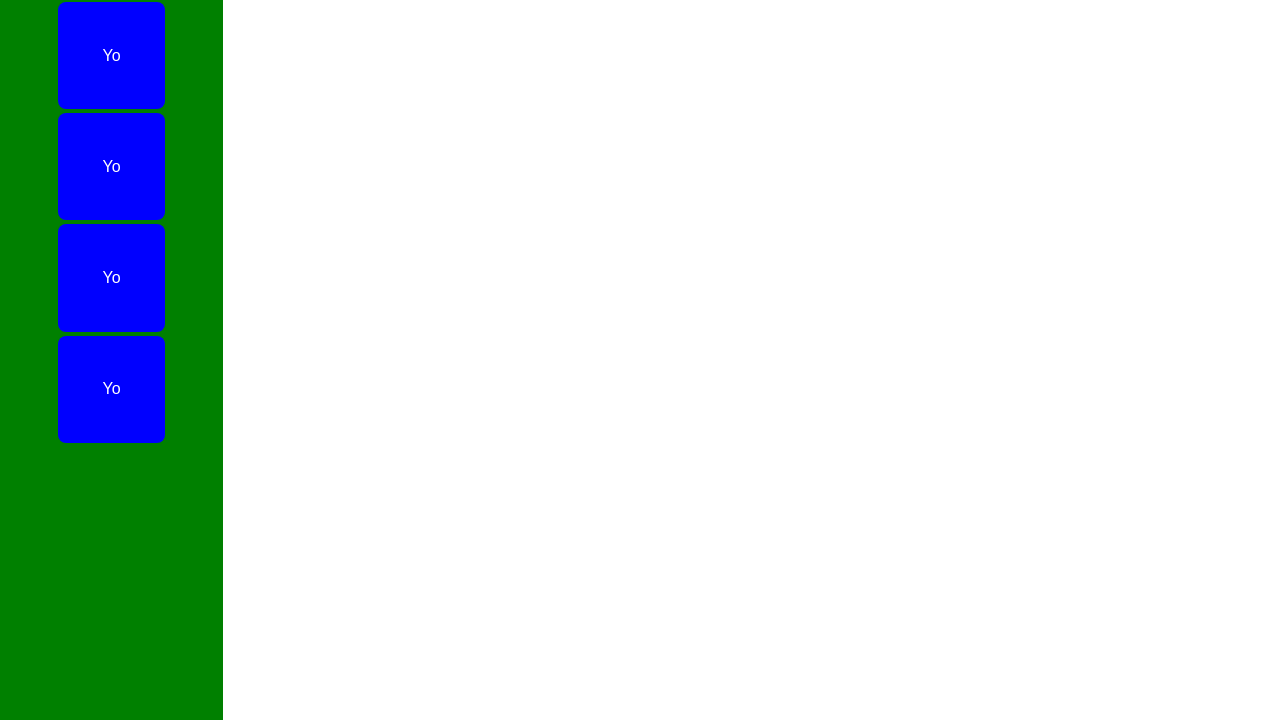
Repository: Tahaa2t/Researchers
Page: /
An editor plug-in stored every save of this project. The page is shown before and after the next save, followed by the edit.
The browser window is 1280 px wide. The pictures show the whole page.
The project was rebuilt for these pictures with package versions that can differ from the ones it lists, and the page was loaded fresh each time. Also part of the build but not shown: src/Components/loginform.js, src/Components/HomePage.js.

Above is the page before, as saved 2023-07-05 00:12:39.

### src/App.js
import { BrowserRouter, Routes, Route } from "react-router-dom";
import "./App.css"
import LoginForm from "./Components/loginform"
import HomePage from "./Components/HomePage";
import Navbar from "./Components/Navbar";

// color pallet
// #3aa6b9
// #D0E8E1
// #348472


function App() {



  return (
    <div className="App">

      {/* <LoginForm /> */}
      <Navbar />
      {/* <BrowserRouter>
        <Routes>
          <Route path="/" Component={<LoginForm />} />
          <Route path="/home" Component={<HomePage />} />
        </Routes>
      </BrowserRouter> */}
    </div>
  );
}

export default App;

### src/Components/Navbar.js
import React, { useState } from "react";
import { useNavigate } from 'react-router-dom';
import axios from 'axios';
import "./css/navbarstyle.css";

const Navbar = () => {
  return (
    <div className="navbar-boundry">
      <div className="btn home-btn">
        <button>
          Yo
        </button>
      </div>
      <div className="btn home-btn">
        <button>
          Yo
        </button>
      </div>
      <div className="btn home-btn">
        <button>
          Yo
        </button>
      </div>
      <div className="btn home-btn">
        <button>
          Yo
        </button>
      </div>

    </div>
  )
}

export default Navbar

### src/Components/css/loginstyle.css
@import url('https://fonts.googleapis.com/css?family=Josefin+Sans');


/* notes

---centering something---
display: flex;
  justify-content: center;
  align-items: center;



--- neechay ya uper se qareeb krna ho tou---
.check-btn {
  position: relative;
  bottom: 3em;
}
*/


* {
  margin: 0;
  box-sizing: border-box;
}

.page {
  background-color: #3aa6b9;
  height: 100vh;
  width: 100%;
  display: flex;
  justify-content: space-around;
  align-items: center;
  font-family: 'Josefin Sans', cursive;
}

.cover {
  background-image: linear-gradient(#D0E8E1, rgba(178, 209, 233, 0));
  width: 50%;
  min-width: 240px;
  max-width: 800px;
  height: 620px;
  position: fixed;
  border-radius: 0.5em;
  display: flex;
  flex: 1 1 200;
  flex-direction: column;
  align-items: center;
  justify-content: space-evenly;
  flex-wrap: wrap;
}

h1 {
  color: rgb(3, 45, 77);
  display: flex;
  flex-wrap: wrap;
}

.user-input {

  display: flex;
  /* flex-direction: column; */
  justify-content: space-evenly;
  width: 80%;
  height: 10%;
  flex-wrap: wrap;
  /* background-color: green; */
}
input[type=text]{
  background-color: rgba(0,0,0,0);
  border-color: #348472;
  border-radius: 8px 8px 8px 8px;
  border-width: 10%;
  border-style: solid;
  display: flex;
  justify-content: space-evenly;
  margin: 8px;
  /* outline-color: rgb(6, 106, 183); */
  height: 44px;
  width: 240px;
  /* bottom: -1.5em; */
}


input[type=password]{
  background-color: rgba(0,0,0,0);
  border-color: #348472;
  border-radius: 8px 8px 8px 8px;
  border-width: 10%;
  border-style: solid;
  display: flex;
  justify-content: space-evenly;
  margin: 8px;
  /* outline-color: rgb(6, 106, 183); */
  height: 44px;
  width: 240px;
  /* position: relative;
  top: -1.5em; */
}

input:focus {
  background-color: #348472;
  opacity: 50%;
}

.line{
  text-decoration: underline;
  color: black;
}

.login-btn {
  appearance: none;
  background-color: rgba(0,0,0,0);
  border-width: 0;
  box-sizing: border-box;
  color: black;
  cursor: pointer;
  display: inline-block;
  font-family: Clarkson,Helvetica,sans-serif;
  font-size: 14px;
  font-weight: 500;
  letter-spacing: 0;
  line-height: 1em;
  margin: 0;
  opacity: 1;
  outline: 0;
  padding: 1.5em 2.2em;
  position: relative;
  text-align: center;
  text-decoration: none;
  text-rendering: geometricprecision;
  text-transform: uppercase;
  transition: opacity 300ms cubic-bezier(.694, 0, 0.335, 1),background-color 100ms cubic-bezier(.694, 0, 0.335, 1),color 100ms cubic-bezier(.694, 0, 0.335, 1);
  user-select: none;
  -webkit-user-select: none;
  touch-action: manipulation;
  vertical-align: baseline;
  white-space: nowrap;
  display: flex;
  justify-content: center;
  align-items: center;
}

.login-btn:before {
  animation: opacityFallbackOut .5s step-end forwards;
  backface-visibility: hidden;
  background-color: #348472;
  opacity: 50%;
  clip-path: polygon(-1% 0, 0 0, -25% 100%, -1% 100%);
  content: "";
  height: 100%;
  left: 0;
  position: absolute;
  top: 0;
  transform: translateZ(0);
  transition: clip-path .5s cubic-bezier(.165, 0.84, 0.44, 1), -webkit-clip-path .5s cubic-bezier(.165, 0.84, 0.44, 1);
  width: 100%;
}

.login-btn:hover:before {
  animation: opacityFallbackIn 0s step-start forwards;
  clip-path: polygon(0 0, 101% 0, 101% 101%, 0 101%);
}

.login-btn:after {
  background-color: #FFFFFF;
}

.login-btn span {
  z-index: 1;
  position: relative;
}


.check-btn input {
  display:inline-block;
  margin-right:10px;
}
.check-btn p {
  display:inline-block;
}



/* use state */
.hide {
  display: none;
}

.login-popup {
  position: absolute;
  width: 40em;
  height: 35em;
  display: flex;
  flex-direction: column;
  align-items: center;
  justify-content: center;
  border-radius: 0.25em;
  outline-color: rgb(3, 58, 101);
  background-color: rgba(0,0,0,0);
  backdrop-filter: blur(5px);
  /* color: rgb(3, 58, 101); */
  bottom: 0;
  transform: scale(1);
  transform: 1.5s;
}

### src/Components/css/navbarstyle.css
* {
  margin: 0;
  box-sizing: border-box;
}

.navbar-boundry {
  width: 223px;
  height: 836px;
  background-color: green;
  display: flex;
  flex-direction: column;
  position: fixed;
}

.btn {
  width: ;
}

.btn button {
  background-color: blue;
  border: none;
  border-radius: 8px;
  color: white;
  padding: 20% 20%;
  text-align: center;
  text-decoration: none;
  font-weight: 500;
  display: inline-block;
  font-size: 16px;
  justify-content: space-evenly;
  margin: 2px;

}

Loaded but not shown: public/index.html (common file); src/index.js (common file); src/reportWebVitals.js (common file); src/App.css (common file)

After the next save:
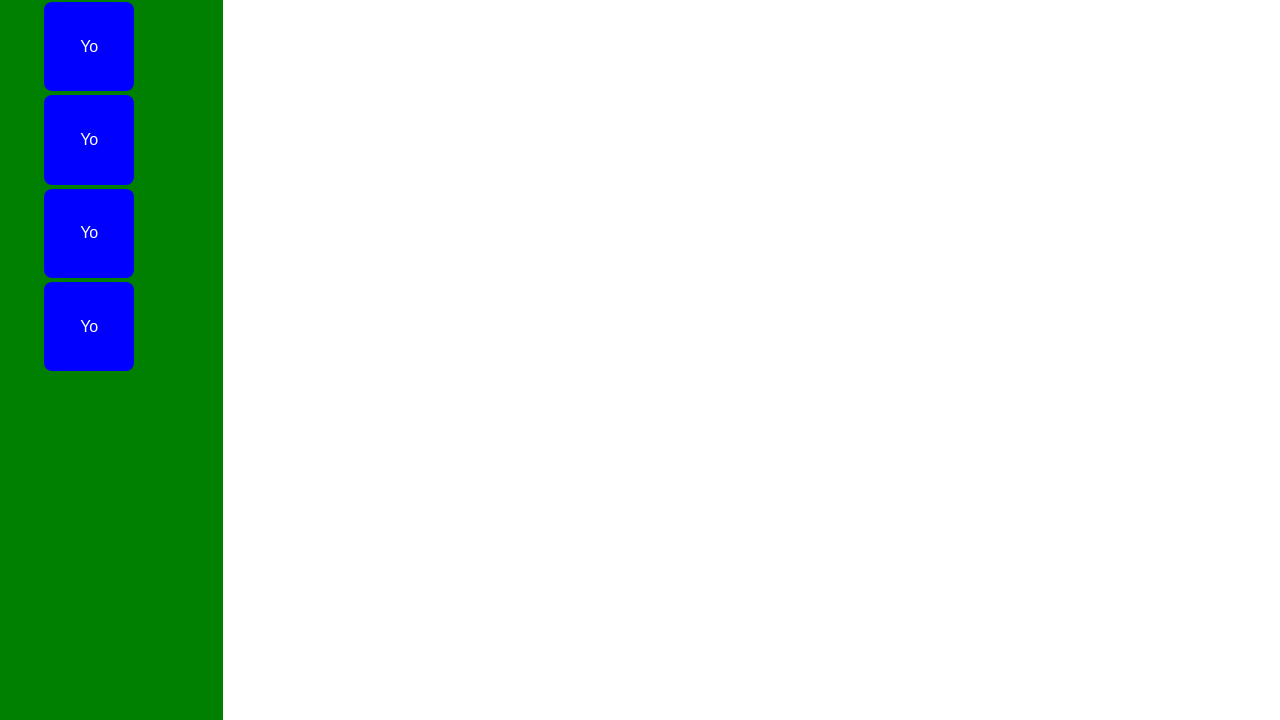
Saved 8 s later.
--- a/src/Components/css/navbarstyle.css
+++ b/src/Components/css/navbarstyle.css
@@ -13,7 +13,7 @@
 }
 
 .btn {
-  width: ;
+  width: 80%;
 }
 
 .btn button {
